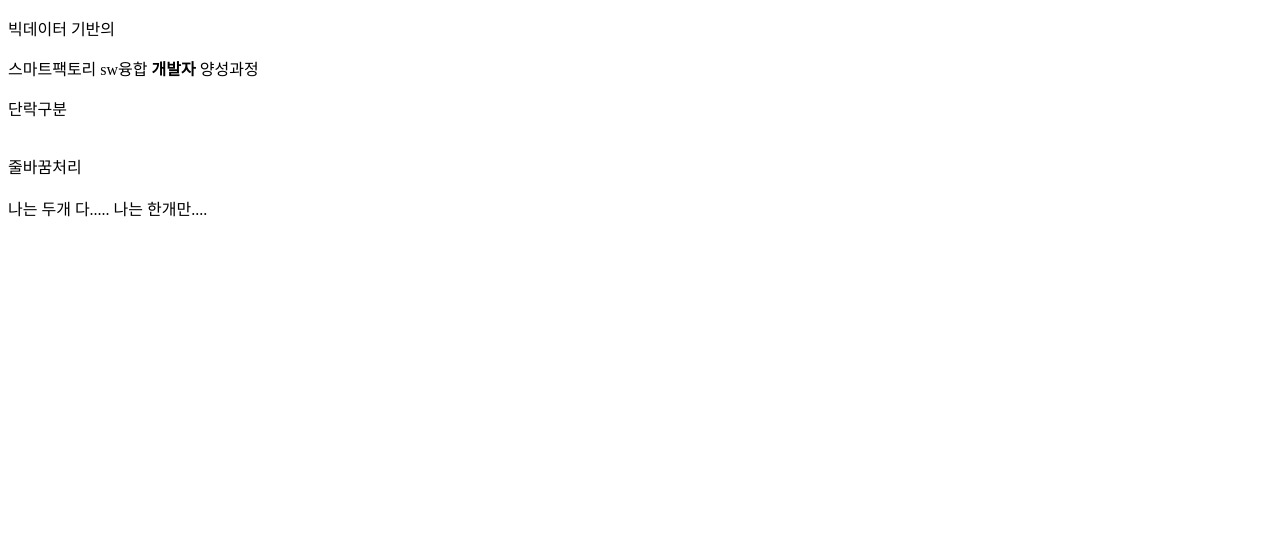
Repository: nijooymik/smartfactory
Page: jsp/t0718/src/main/webapp/html/test02.html
An editor plug-in stored every save of this project. The page is shown before and after the next save, followed by the edit.
The browser window is 1280 px wide. The pictures show the whole page.

Above is the page before, as saved 2022-07-18 02:01:23.

After the next save:
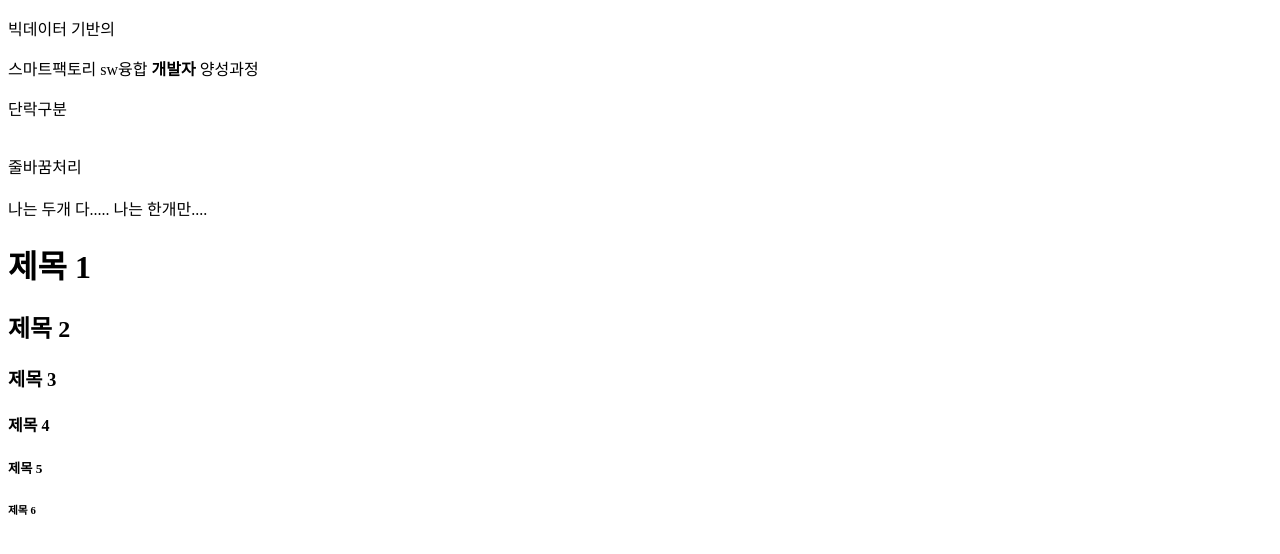
Saved 3 min 20 s later.
--- a/jsp/t0718/src/main/webapp/html/test02.html
+++ b/jsp/t0718/src/main/webapp/html/test02.html
@@ -13,5 +13,14 @@
 	<br>줄바꿈처리<br><br>
 	나는 두개 다.....
 	나는 한개만....
+	<br>
+
+	<h1>제목 1</h1>
+	<h2>제목 2</h2>
+	<h3>제목 3</h3>
+	<h4>제목 4</h4>
+	<h5>제목 5</h5>
+	<h6>제목 6</h6>
+
 </body>
 </html>
